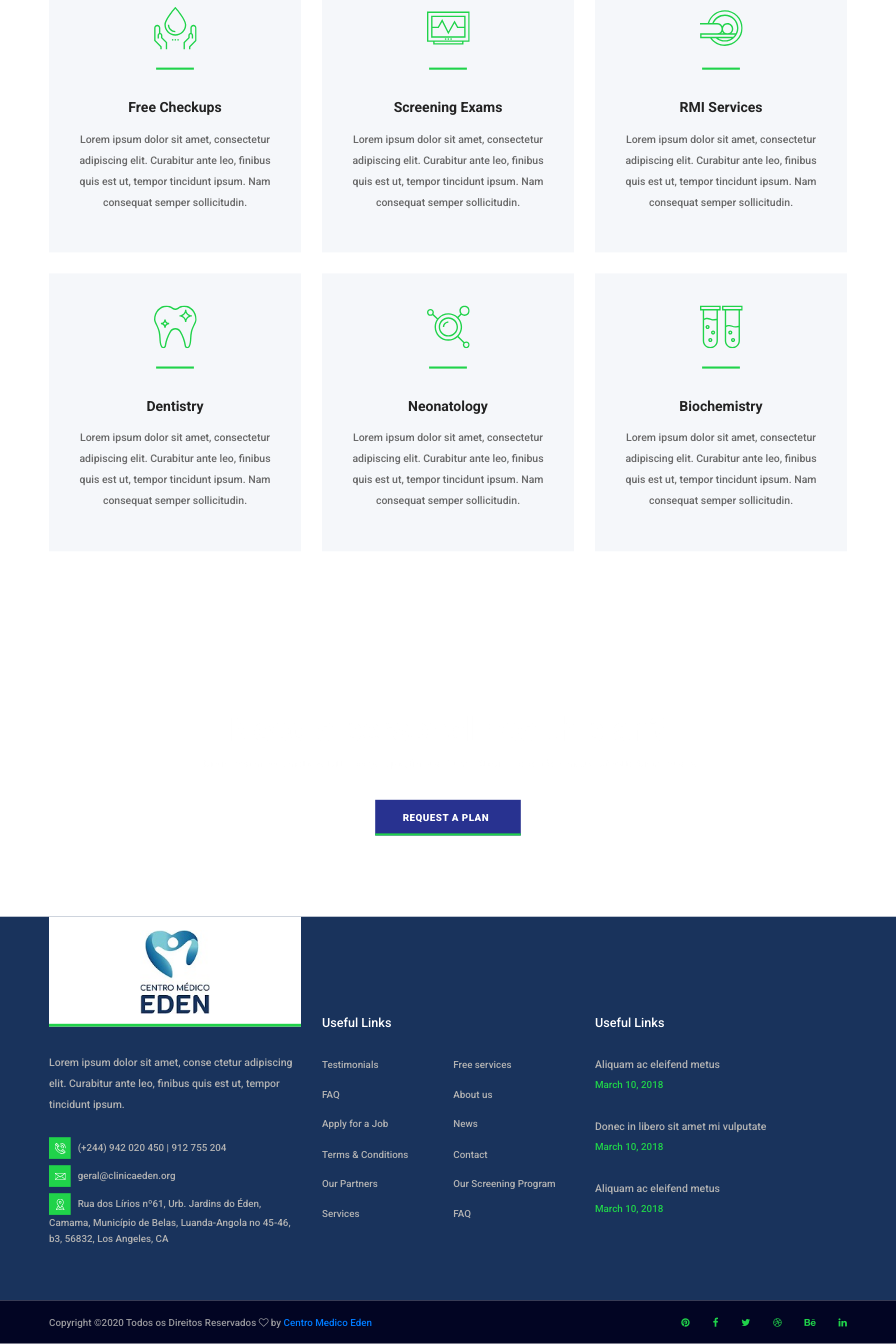
Repository: Nanitamo/centro-medico-eden-webpage
Page: index.html
These files come from the project's save history. The page is drawn as it stood at one moment and after a run of saves; the edit follows.
The browser window is 1280 px wide. The pictures show the part of the page from y = 2641 to 4561 px (the page is 4561 px tall before and 4539 px after), at 70% of full size.

Above is the page before, as saved 2020-06-18 15:43:23.

After the next 2 saves:
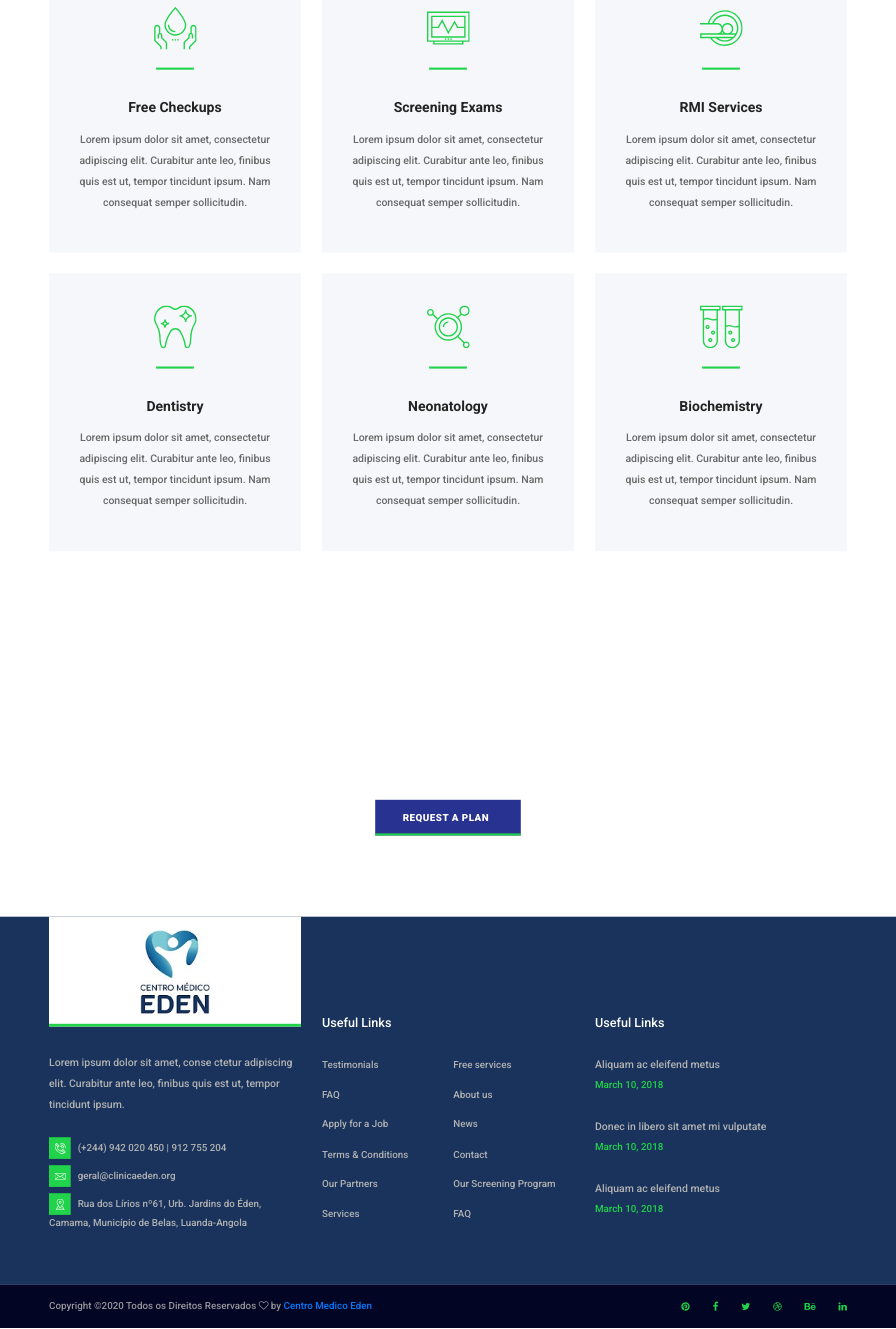
The 2 saves are shown as one change because they came seconds apart.
The last was saved 7 s later.
--- a/index.html
+++ b/index.html
@@ -469,7 +469,7 @@
 							<ul class="footer_about_list">
 								<li><div class="footer_about_icon"><img src="images/phone-call.svg" alt=""></div><span>(+244) 942 020 450 | 912 755 204</span></li>
 								<li><div class="footer_about_icon"><img src="images/envelope.svg" alt=""></div><span>geral@clinicaeden.org</span></li>
-								<li><div class="footer_about_icon"><img src="images/placeholder.svg" alt=""></div><span>Rua dos Lírios nº61, Urb. Jardins do Éden, Camama, Município de Belas, Luanda-Angola no 45-46, b3, 56832, Los Angeles, CA</span></li>
+								<li><div class="footer_about_icon"><img src="images/placeholder.svg" alt=""></div><span>Rua dos Lírios nº61, Urb. Jardins do Éden, Camama, Município de Belas, Luanda-Angola</span></li>
 							</ul>
 						</div>
 					</div>
